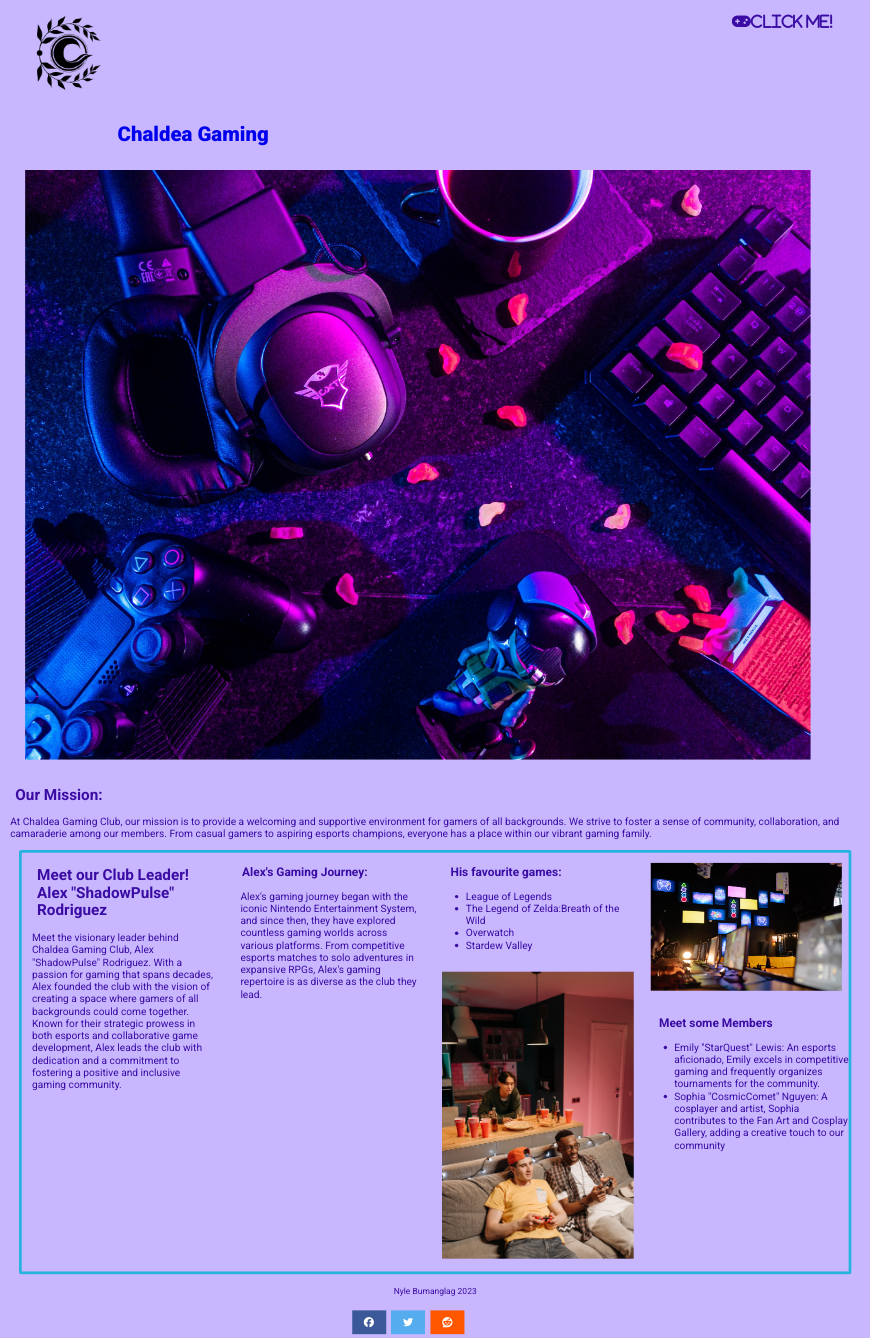
Repository: NyleNC/School-Projects
Page: Hmtl and CSS project/Club.html
These files come from the project's save history. The page is drawn as it stood at one moment and after a run of saves; the edit follows.
The browser window is 1280 px wide. The pictures show the whole page, at 68% of full size.
Some web libraries are served in a nearby version.

Above is the page before, as saved 2025-01-05 17:16:08.

After the next 2 saves:
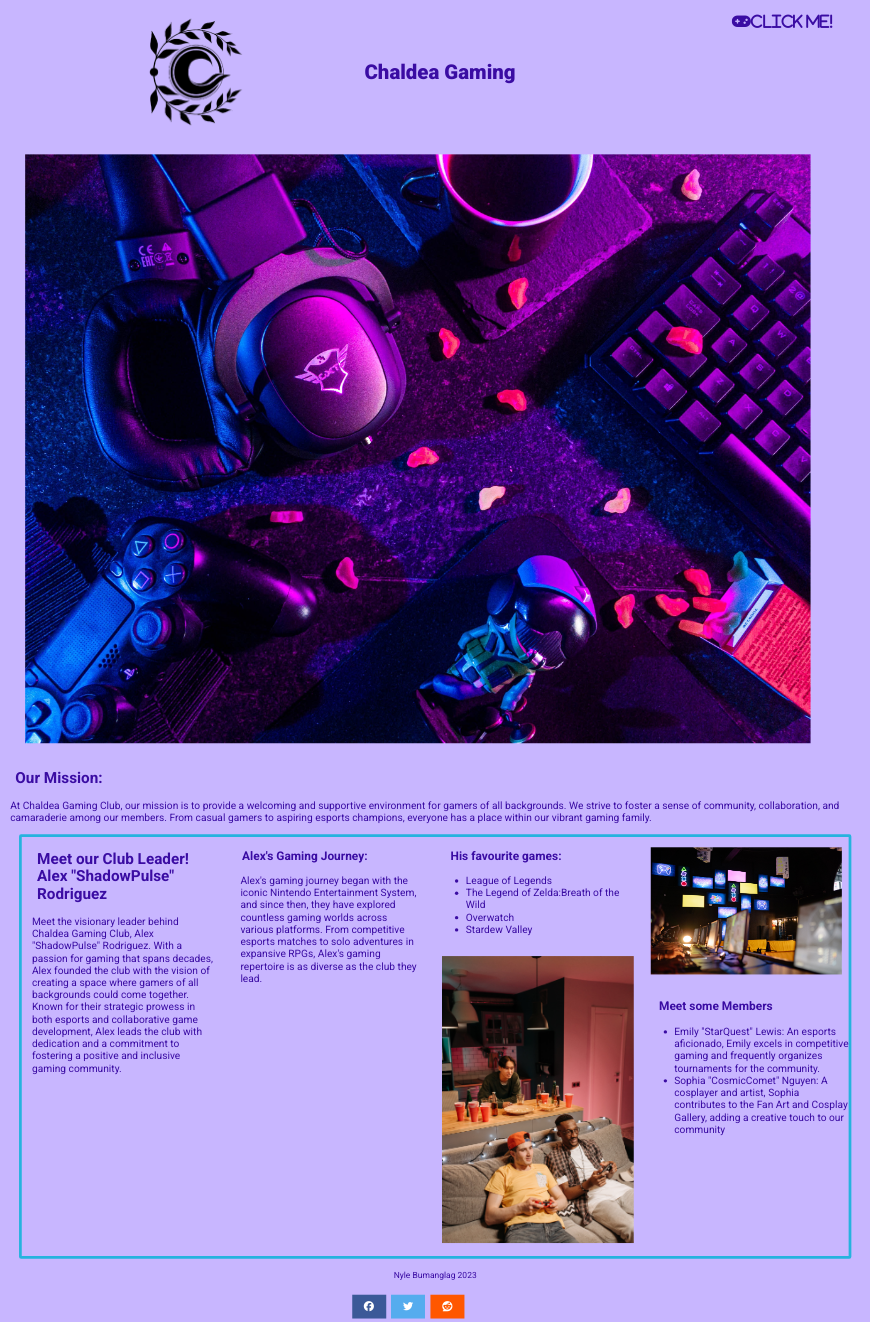
The 2 saves are shown as one change because they came seconds apart.
The last was saved 13 s later.
--- a/Hmtl and CSS project/Style.css
+++ b/Hmtl and CSS project/Style.css
@@ -128,7 +128,9 @@ legend {
 }
 .logo a{
     text-decoration: none;
-
+    color: inherit;
+    display: inline-flex;
+    align-items: center;
 }
 .about-bkgd{
     background-image:url(Images/aboutbackground.jpg);
